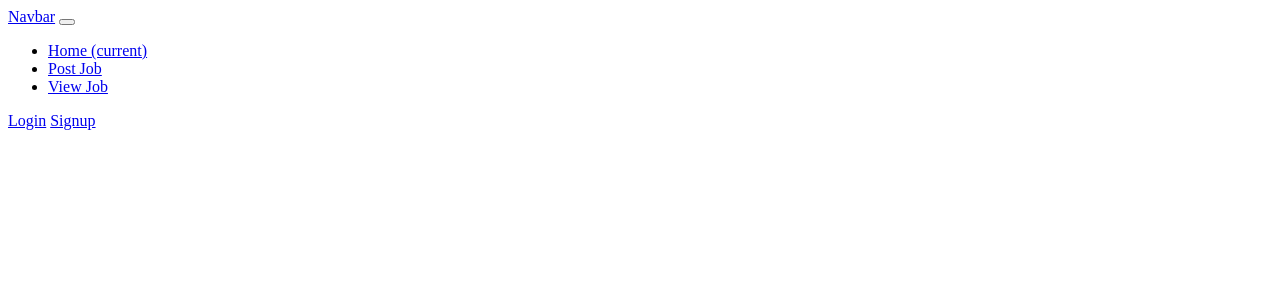
Repository: Pankaj08072001/Adv_Java
Page: http://localhost/06_Job_portal_Project/Signup.jsp
These files come from the project's save history. The page is drawn as it stood at one moment and after the next save; the edit follows.
The browser window is 1280 px wide. The pictures show the whole page.
Some web libraries are served in a nearby version. The page is served by Tomcat 9. Other server files are loaded and not shown.

Above is the page before, as saved 2025-03-13 19:54:46.

### 06_Job_portal_Project/src/main/webapp/Signup.jsp
<%@ page language="java" contentType="text/html; charset=UTF-8"
    pageEncoding="UTF-8"%>
<!DOCTYPE html>
<html>
<head>
<meta charset="UTF-8">
<title>Insert title here</title>
</head>
<body>
<%@include file="All_component/Navbar.jsp" %>
</body>
</html>

### 06_Job_portal_Project/src/main/webapp/All_component/Navbar.jsp
<nav class="navbar navbar-expand-lg navbar-dark bg-custom">
	<a class="navbar-brand" href="#">Navbar</a>
	<button class="navbar-toggler" type="button" data-toggle="collapse"
		data-target="#navbarSupportedContent"
		aria-controls="navbarSupportedContent" aria-expanded="false"
		aria-label="Toggle navigation">
		<span class="navbar-toggler-icon"></span>
	</button>

	<div class="collapse navbar-collapse" id="navbarSupportedContent">
		<ul class="navbar-nav mr-auto">
			<li class="nav-item active"><a class="nav-link" href="#">Home
					<span class="sr-only">(current)</span>
			</a></li>
			<li class="nav-item"><a class="nav-link" href="#"><i class="fas fa-plus-circle"></i>Post Job</a></li>
			<li class="nav-item"><a class="nav-link" href="#"><i class="fas fa-eye"></i>View Job</a></li>

		</ul>
		<form class="form-inline my-2 my-lg-0">
			<a href="login.jsp" class="btn btn-light mr-1"> <i class="fas fa-sign-in-alt"></i>Login</a>
			<a href ="Signup.jsp" class="btn btn-light"><i class="fas fa-user"></i>Signup</a>
		</form>
	</div>
</nav>

### 06_Job_portal_Project/src/main/webapp/All_component/All_css.jsp
<link rel="stylesheet"
	href="https://cdn.jsdelivr.net/npm/bootstrap@4.0.0/dist/css/bootstrap.min.css"
	integrity="sha384-Gn5384xqQ1aoWXA+058RXPxPg6fy4IWvTNh0E263XmFcJlSAwiGgFAW/dAiS6JXm"
	crossorigin="anonymous">


<script src="https://code.jquery.com/jquery-3.2.1.slim.min.js"
	integrity="sha384-KJ3o2DKtIkvYIK3UENzmM7KCkRr/rE9/Qpg6aAZGJwFDMVNA/GpGFF93hXpG5KkN"
	crossorigin="anonymous"></script>
<script
	src="https://cdn.jsdelivr.net/npm/popper.js@1.12.9/dist/umd/popper.min.js"
	integrity="sha384-ApNbgh9B+Y1QKtv3Rn7W3mgPxhU9K/ScQsAP7hUibX39j7fakFPskvXusvfa0b4Q"
	crossorigin="anonymous"></script>
<script
	src="https://cdn.jsdelivr.net/npm/bootstrap@4.0.0/dist/js/bootstrap.min.js"
	integrity="sha384-JZR6Spejh4U02d8jOt6vLEHfe/JQGiRRSQQxSfFWpi1MquVdAyjUar5+76PVCmYl"
	crossorigin="anonymous"></script>

<link rel="stylesheet"
	href="https://cdnjs.cloudflare.com/ajax/libs/font-awesome/6.7.2/css/all.min.css"
	integrity="sha512-Evv84Mr4kqVGRNSgIGL/F/aIDqQb7xQ2vcrdIwxfjThSH8CSR7PBEakCr51Ck+w+/U6swU2Im1vVX0SVk9ABhg=="
	crossorigin="anonymous" referrerpolicy="no-referrer" />

	<link rel="Stylesheet" href ="All_component/Style.css" >

### 06_Job_portal_Project/src/main/webapp/All_component/Style.css
.bg-custom{
	background : #283593 !important;

}
.navbar .nav-item .nav-link{
	font-size: 18px;
	color : white;
}
.navbar .nav-item:hover .nav-link{
	background : white ;
	color : black;
	border-radius: 10px;
}

After the next save:
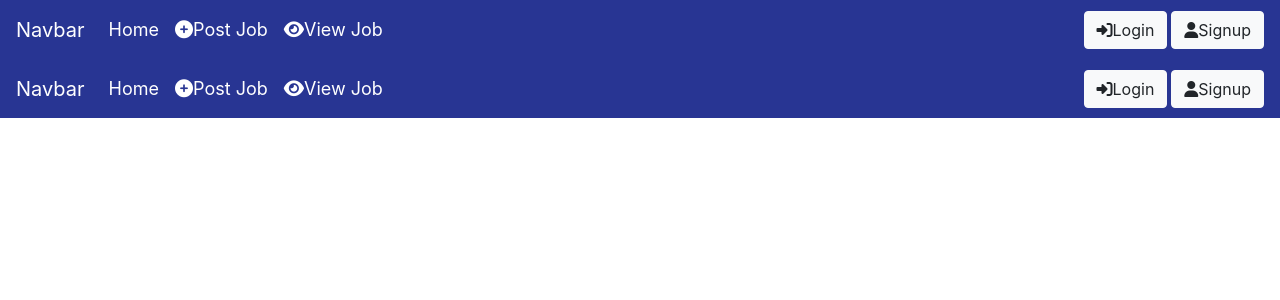
Saved 31 s later.
--- a/06_Job_portal_Project/src/main/webapp/Signup.jsp
+++ b/06_Job_portal_Project/src/main/webapp/Signup.jsp
@@ -5,8 +5,12 @@
 <head>
 <meta charset="UTF-8">
 <title>Insert title here</title>
+<%@include file="All_component/All_css.jsp"%>
+
 </head>
 <body>
 <%@include file="All_component/Navbar.jsp" %>
+	<%@include file="All_component/Navbar.jsp"%>
+
 </body>
 </html>
